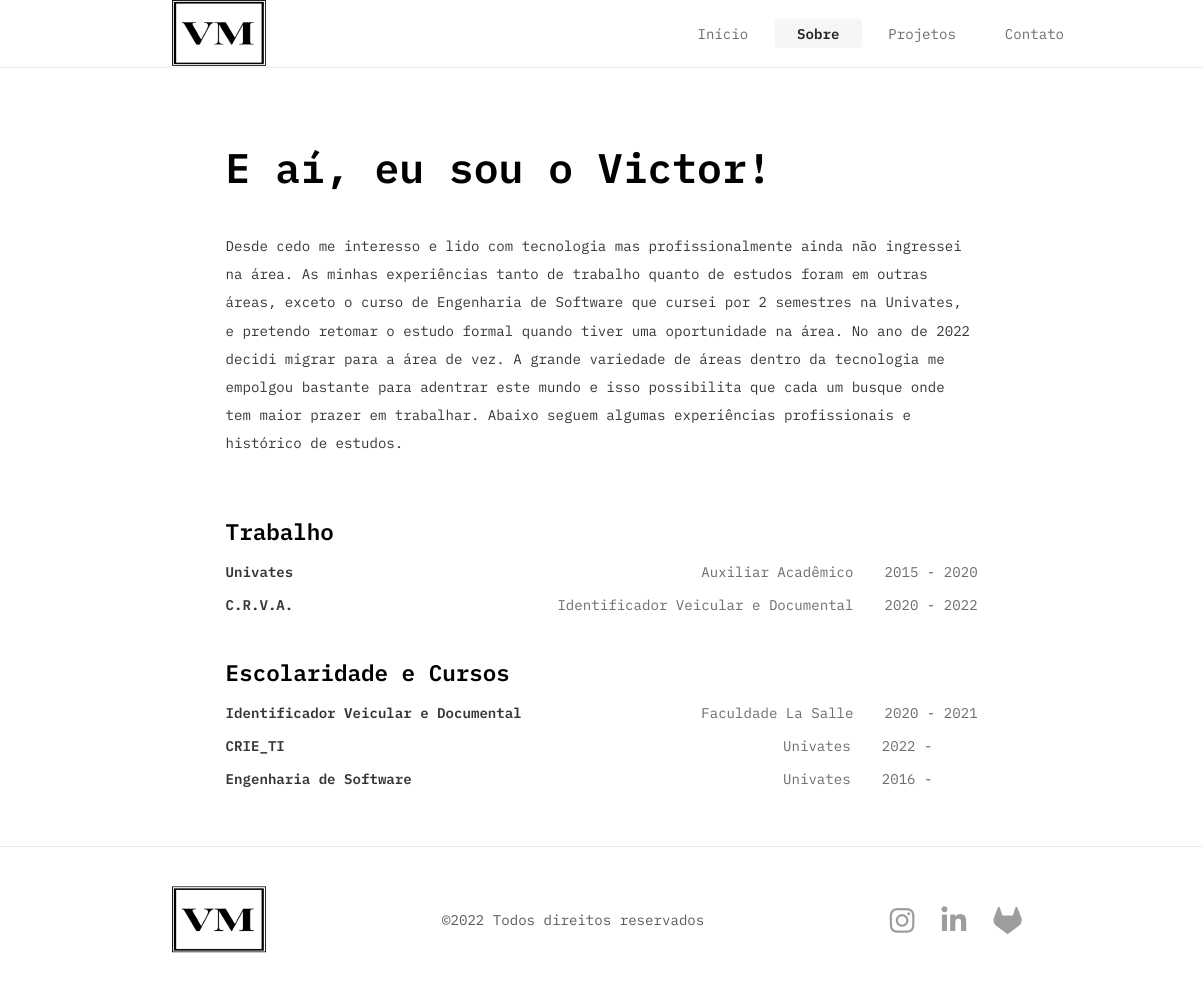
Repository: viictormatias/viictormatias.github.io
Page: about.html
These files come from the project's save history. The page is drawn as it stood at one moment and after the next save; the edit follows.
The browser window is 1280 px wide. The pictures show the whole page, at 94% of full size.
Some web libraries are served in a nearby version.

Above is the page before, as saved 2023-02-06 15:04:11.

### about.html
<!DOCTYPE html>
<html lang="pt-br">
<head>
    <meta charset="UTF-8">
    <meta http-equiv="X-UA-Compatible" content="IE=edge">
    <meta name="viewport" content="width=device-width, initial-scale=1.0">
    <title>Portfólio</title>
    <link rel="stylesheet" href="styles/base/reset.css">
    <link rel="stylesheet" href="styles/base/base.css">
    <link rel="stylesheet" href="styles/base/variables.css">
    <link rel="stylesheet" href="styles/layout/header.css">
    <link rel="stylesheet" href="styles/layout/footer.css">
    <link rel="stylesheet" href="styles/components/about.css">
    <link rel="stylesheet" href="styles/components/button.css">
    <link rel="stylesheet" href="styles/components/projects.css">

    <link rel="preconnect" href="https://fonts.googleapis.com">
    <link rel="preconnect" href="https://fonts.gstatic.com" crossorigin>
    <link href="https://fonts.googleapis.com/css2?family=IBM+Plex+Mono:wght@400;600&display=swap" rel="stylesheet">
    <script src="https://kit.fontawesome.com/d41cb6b5bb.js" crossorigin="anonymous"></script>
</head>
<body>
    <header class="header">
        <label class="header__toggle" for="hamburger">
            <i class="fa-solid fa-bars"></i>
        </label>
        <input id="hamburger" class="header__check" type="checkbox">
        <a href="./index.html">
            <img class="logo" src="./images/VM.png">
        </a>
        <nav class="header__menu">
            <a href="./index.html" class="header__menu__item">
                <span class="header__menu__item__text">Início</span>
            </a>
            <a href="./about.html" class="header__menu__item header__menu__item--active">
                <span class="header__menu__item__text">Sobre</span>
            </a>
            <a href="./projects.html" class="header__menu__item">
                <span class="header__menu__item__text">Projetos</span>
            </a>
            <a href="./contact.html" class="header__menu__item">
                <span class="header__menu__item__text">Contato</span>
            </a>
        </nav>
    </header>

    <section class="about__page">
        <h1 class="about__title">E aí, eu sou o Victor!</h1>
        <p class="about__text">Desde cedo me interesso e lido com tecnologia mas profissionalmente ainda não ingressei na área. As minhas experiências tanto de trabalho quanto de estudos foram em outras áreas, exceto o curso de Engenharia de Software que cursei por 2 semestres na Univates, e pretendo retomar o estudo formal quando tiver uma oportunidade na área. No ano de 2022 decidi migrar para a área de vez. A grande variedade de áreas dentro da tecnologia me empolgou bastante para adentrar este mundo e isso possibilita que cada um busque onde tem maior prazer em trabalhar. Abaixo seguem algumas experiências profissionais e histórico de estudos.</p>
    </section>

    <section class="footer__about">
        <div class="container__footer">
            <a href="./index.html">
                <img class="logo__footer" src="./images/VM.png">
            </a>
            <p class="copy__text">©2022 Todos direitos reservados</p>
            <div class="socialmedia__footer">
                <a class="icons" href="https://www.instagram.com/viictormatias/" target="_blank">
                    <i class="fa-brands fa-instagram fa-2x"></i>
                </a>
                <a class="icons" href="https://www.linkedin.com/in/viictormatias/" target="_blank">
                    <i class="fa-brands fa-linkedin-in fa-2x"></i>
                </a>
                <a class="icons" href="https://gitlab.com/vmatiasdev" target="_blank">
                    <i class="fa-brands fa-gitlab fa-2x"></i>
                </a>
            </div>
        </div>
    </section>

    <section class="works">
        <h2 class="projects__title">Trabalho</h2>
        <div class="jobs">
            <span class="company">Univates</span>
            <span class="position">Auxiliar Acadêmico &emsp; 2015 - 2020</span>
        </div>
        <div class="jobs">
            <span class="company">C.R.V.A.</span>
            <span class="position">Identificador Veicular e Documental  &emsp; 2020 - 2022</span>
        </div>
    </section>

    <section class="studies">
        <h2 class="projects__title">Escolaridade e Cursos</h2>
        <div class="jobs">
            <span class="company">Identificador Veicular e Documental</span>
            <span class="position">Faculdade La Salle &emsp; 2020 - 2021</span>
        </div>
        <div class="jobs">
            <span class="company">CRIE_TI</span>
            <span class="position">Univates  &emsp; 2022 - &emsp;&emsp;&nbsp;</span>
        </div>
        <div class="jobs">
            <span class="company">Engenharia de Software</span>
            <span class="position">Univates  &emsp; 2016 - &emsp;&emsp;&nbsp;</span>
        </div>
    </section>
</body>
</html>

### styles/base/base.css
body {
    font-family: var(--font-family-primary);
    font-size: 15px;
    background-color: var(--color-white);
    display: flex;
    justify-content: center;
}

* {
    box-sizing: border-box;
  }

### styles/base/variables.css
:root {
    --color-pink: #EA4C89;
    --color-purple: #8F48EB;
    --color-blue: #1DA1F2;
    --color-yellow: #E39600;
    --color-black: #111111;
    --color-light-black: #242424;
    --color-darken-gray: #363636;
    --color-gray: #5B5B5B;
    --color-light-gray: #6C6C6C;
    --color-lighter-gray: #9D9D9D;
    --color-dark-white: #D9D9D9;
    --color-light-white: #EAEAEA;
    --color-medium-white: #F6F6F6;
    --color-white: #FFFFFF;

    --font-family-ibm: 'IBM Plex Mono';
    --font-size-default: 15px;

    --font-family-primary: var(--font-family-ibm);
}

### styles/layout/header.css
.header {
    height: 72px;
    width: 100%;
    display: flex;
    align-items: center;
    border-bottom: 1px solid var(--color-light-white);
    position: absolute;
}
.header__toggle,
.header__check {
  display: none;
}
.header__menu {
    display: flex;
    flex-direction: row;
    justify-content: center;
    align-items: center;
    padding: 8px 24px;
    gap: 4px;
    margin-left: auto;
    margin-right: 100px;
}
.header__menu__item {
    color: var(--color-light-gray);
    text-decoration: none;
    padding: 8px 24px;
}
.header__menu__item--active {
    color: var(--color-light-black);
    background-color: var(--color-medium-white);
    border-radius: 4px;
    font-weight: 600;
}
.logo {
    height: 70px;
    width: 100px;
    border: 1px solid #000000;
    margin-left: 183px;
    text-align: center;
}
nav a:hover {
    background: var(--color-medium-white);
}

@media only screen and (max-width:480px) {
    .header {
        height: 100px;
        width: 100%;
        display: flex;
        align-items: center;
        border-bottom: 1px solid var(--color-light-white);
        position: absolute;
    }
    .logo {
        height: 70px;
        width: 100px;
        border: 1px solid #000000;
        text-align: center;
        margin-left: 55%;
    }

    .header__menu {
        display: block;
        position: fixed;
        height: 230px;
        top: 80px;
        left: 0;
        right: 0;
        bottom: 0;
        background-color: var(--color-light-white);
        transform: translateX(-100%);
        transition: transform 0.25s ease;
        z-index: 9;
      }
      .header__menu__item {
        display: block;
        margin: 20px 0;
      }
      .header__toggle {
        display: block;
        margin-left: 40px;
      }
      .header__check:checked ~ .header__menu {
        transform: translateX(0);
      }
    }

### styles/layout/footer.css
.footer {
  margin-top: 2450px;
  width: 100%;
}
.container__footer {
    display: flex;
    justify-content: space-between;
    width: 100%;
    height: 156px;
    position: absolute;
    align-items: center;
    border-top: 1px solid var(--color-light-white);
}
.logo__footer {
    height: 70px;
    width: 100px;
    border: 1px solid #000000;
    text-align: center;
    margin-left: 183px;
}
.socialmedia__footer {
    margin-right: 183px;
}
.copy__text {
    color: var(--color-gray);
    align-items: center;
    text-align: center;
}
.footer__about {
    margin-top: 900px;
    width: 100%;
  }
  .footer__projects {
    margin-top: 1650px;
    width: 100%;
  }
  .footer__contacts {
    margin-top: 1000px;
    width: 100%;
    position: absolute;
  }

  @media only screen and (max-width:480px) {
  .footer {
     margin-top: 2750px;
     width: 100%;
  }
  .container__footer {
    display: flex;
    justify-content: space-between;
    width: 100%;
    height: 156px;
    position: absolute;
    align-items: center;
    border-top: 1px solid var(--color-light-white);
  }
  .logo__footer {
    height: 40px;
    width: 70px;
    border: 1px solid #000000;
    text-align: center;
    margin-left: 0;
  }
  .socialmedia__footer {
    margin-right: 0;
    display: flex;
  }
  .footer__about {
    margin-top: 1300px;
    width: 100%;
  }
  .footer__contacts {
    margin-top: 1100px;
  }
  .footer__projects {
    margin-top: 1450px;
    width: 100%;
  }
  }

### styles/components/about.css
.about {
    position: absolute;
    width: 1000px;
    margin-top: 150px ;
}
.about__title {
    width: 800px;
    text-align: center;
    line-height: 57px;
    font-size: 44px;
    font-style: normal;
    font-weight: 600;
    display: flex;
    align-items:center;
    margin-bottom: 40px;
    margin-left: auto;
    margin-right: auto;
}
.picture {
    border-radius: 8px;
    filter: grayscale(1);
}
.about__text {
    width: 800px;
    margin-left: auto;
    margin-right: auto;
    margin-top: 20px;
    margin-bottom:40px ;
    color: var(--color-darken-gray);
    line-height: 30px;
}
.pic__desc {
    font-style: italic;
    color: var(--color-light-gray);
    text-align: center;
    margin-top: 5px;
}
.icons {
    text-decoration: none;
    color: var(--color-lighter-gray);
    margin: 10px
}
.socialmedia {
    margin-left: 90px;
    margin-right: 20px;
}
.container {
    display: flex;
    flex-direction: row;
    justify-content: flex-start;
}
.about__page {
    position: absolute;
    width: 800px;
    margin-top: 150px ;
}
.works {
    position: absolute;
    width: 800px;
    margin-top: 550px ;
}
.studies {
    position: absolute;
    width: 800px;
    margin-top: 700px ;
}
.jobs {
    display: flex;
    justify-content: space-between;
    margin-top: 20px;
}
.company {
    color: var(--color-darken-gray);
    font-weight: 600;
}
.position {
    color: var(--color-light-gray);
    font-weight: 400;
}

@media only screen and (max-width:480px) {
    .about {
        position: absolute;
        width: 100%;
        margin-top: 150px ;
    }
    .about__title {
        width: 100%;
        text-align: center;
        line-height: 57px;
        font-size: 44px;
        font-style: normal;
        font-weight: 600;
        display: flex;
        align-items:center;
        margin-bottom: 40px;
        margin-left: auto;
        margin-right: auto;
    }
    .picture {
        border-radius: 8px;
        filter: grayscale(1);
        width: 100%;
    }
    .socialmedia {
        margin-left: 0px;
        margin-right: 0px;
    }
    .container {
        display: flex;
        flex-direction: row;
        justify-content: center;
    }
    .about__page {
        position: absolute;
        width: 100%;
        margin-top: 150px ;
    }
    .about__text {
        width: 95%;
        margin-left: auto;
        margin-right: auto;
        margin-top: 20px;
        margin-bottom:40px ;
        color: var(--color-darken-gray);
        line-height: 30px;
    }
    .works {
        position: absolute;
        width: 95%;
        margin-top: 900px ;
    }
    .studies {
        position: absolute;
        width: 95%;
        margin-top: 1100px ;
    }
    .company {
        width: 100%;
        color: var(--color-darken-gray);
        font-weight: 600;
    }
   .jobs {
       display: inline-block;
   }
}

### styles/components/button.css
.button {
    background: #FAFAFA;
    border: 1px solid var(--color-light-white);
    border-radius: 20px;
    font-family: var(--font-family-primary);
    font-weight: 600;
    font-size: var(--font-size-default);
    flex: none;
    cursor: pointer;
    justify-content: center;
    align-items: center;
    padding: 10px 15px;
    gap: 10px;
}

### styles/components/projects.css
.projects {
    position: absolute;
    width: 800px;
    height: 470px;
    margin-top: 1350px;
}
.projects__title {
    font-size: 24px;
    font-weight: 600;
    line-height: 31.2px;
    margin-bottom: 20px;
}
.project__text {
    font-size: 18px;
    line-height: 23.4px;
}
.container__project {
    background: #FAFAFA;
    border: 1px solid #EAEAEA;
    border-radius: 8px;
    width: 800px;
    padding: 30px 30px;
    margin-top: 20px;
}
.projects__example {
    font-size: 18px;
    font-weight: 600;
    line-height: 23px;
}
.prod__text {
    margin-left: auto;
    margin-right: auto;
    margin-top: 20px;
    margin-bottom:40px ;
    color: var(--color-darken-gray);
    line-height: 30px;
}
.logo__pet {
    margin-top: 15px;
    margin-left: -5px;
    margin-bottom: -5px;
}
.logo__crieflix {
    margin-top: 15px;
    margin-bottom: 5px;
}
.projects__h1 {
    width: 800px;
    height: 57px;
    text-align: center;
    line-height: 57px;
    font-size: 44px;
    font-style: normal;
    font-weight: 600;
    display: flex;
    align-items:center;
    margin-bottom: 40px;
    margin-left: auto;
    margin-right: auto;
}
.projects__page {
    position: absolute;
    width: 800px;
    margin-top: 150px;
}
.projects__text {
    width: 800px;
    margin-left: auto;
    margin-right: auto;
    margin-top: 20px;
    margin-bottom:40px ;
    color: var(--color-darken-gray);
    line-height: 30px;
    font-weight: 400;
}
.picture__project {
    border-radius: 8px;
    width: 1000px;
    height: 380px;
    object-fit: cover;
    object-position: top;
}
.project__description {
    width: 800px;
    margin-left: auto;
    margin-right: auto;
    margin-top: 20px;
    color: var(--color-darken-gray);
    line-height: 30px;
}
.project__desc__container {
   position: absolute;
   margin-top: -40px;
}
.projects__title__1 {
    font-size: 24px;
    font-weight: 600;
    line-height: 31.2px;
}
.project__example {
    display: flex;
    justify-content: center;
    height: 465px;
}
.project__example__2 {
    display:flex;
    justify-content: center;
    height: 465px;
    margin-top: 200px;
}
.project__desc__container__1 {
    position: absolute;
    margin-top: -40px;
}
.projects__links {
    text-decoration: none;
}
.projects__links:visited {
    color: var(--color-black);
}

@media only screen and (max-width:480px) {
    .projects {
        position: absolute;
        width: 90%;
        height: 470px;
        margin-top: 1300px;
    }
    .projects__title {
        text-align: center;
    }
    .container__project {
        background: #FAFAFA;
        border: 1px solid #EAEAEA;
        border-radius: 8px;
        width: 100%;
        padding: 30px 30px;
        margin-top: 20px;
    }
    .projects__text {
        width: 95%;
    }
    .projects__page {
        width: 100%;
    }
    .projects__h1 {
        width: 100%;
        justify-content: center;
    }
    .picture__project {
        width: 100%;
        height: 180px;
    }
    .project__description {
        width: 95%;
        object-fit: cover;
        object-position: top;
    }
    .project__example {
        display: flex;
        justify-content: center;
        height: 250px;
        width: 100%;
    }
    .project__example__2 {
        display:flex;
        justify-content: center;
        height: 250px;
        margin-top: 300px;
        width: 100%;
    }
    .project__desc__container__1 {
        position: absolute;
        margin-top: -40px;
        margin-bottom: -100px;
    }
}

Loaded but not shown: styles/base/reset.css (common file)

After the next save:
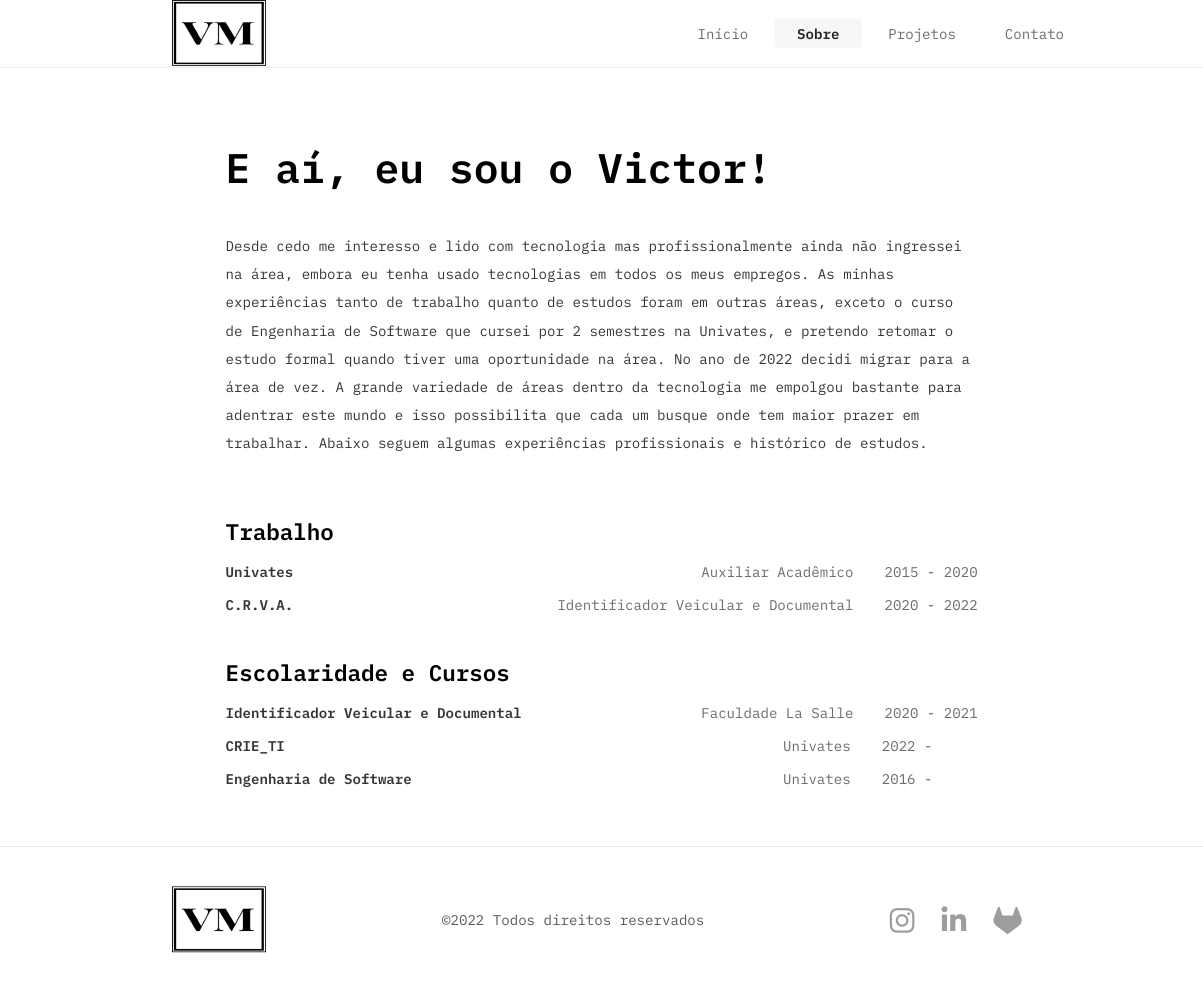
Saved 87 s later.
--- a/about.html
+++ b/about.html
@@ -46,7 +46,7 @@
 
     <section class="about__page">
         <h1 class="about__title">E aí, eu sou o Victor!</h1>
-        <p class="about__text">Desde cedo me interesso e lido com tecnologia mas profissionalmente ainda não ingressei na área. As minhas experiências tanto de trabalho quanto de estudos foram em outras áreas, exceto o curso de Engenharia de Software que cursei por 2 semestres na Univates, e pretendo retomar o estudo formal quando tiver uma oportunidade na área. No ano de 2022 decidi migrar para a área de vez. A grande variedade de áreas dentro da tecnologia me empolgou bastante para adentrar este mundo e isso possibilita que cada um busque onde tem maior prazer em trabalhar. Abaixo seguem algumas experiências profissionais e histórico de estudos.</p>
+        <p class="about__text">Desde cedo me interesso e lido com tecnologia mas profissionalmente ainda não ingressei na área, embora eu tenha usado tecnologias em todos os meus empregos. As minhas experiências tanto de trabalho quanto de estudos foram em outras áreas, exceto o curso de Engenharia de Software que cursei por 2 semestres na Univates, e pretendo retomar o estudo formal quando tiver uma oportunidade na área. No ano de 2022 decidi migrar para a área de vez. A grande variedade de áreas dentro da tecnologia me empolgou bastante para adentrar este mundo e isso possibilita que cada um busque onde tem maior prazer em trabalhar. Abaixo seguem algumas experiências profissionais e histórico de estudos.</p>
     </section>
 
     <section class="footer__about">
